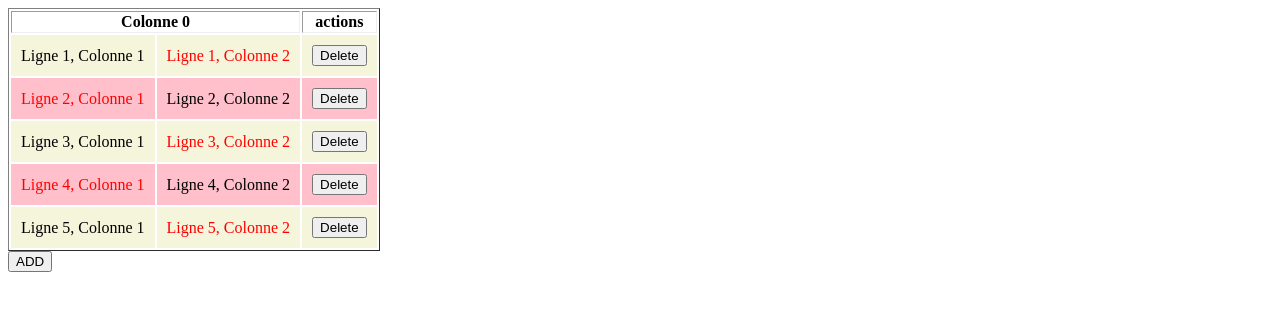
Repository: Chaimaa482/web-tp4
Page: ex1.html
These files come from the project's save history. The page is drawn as it stood at one moment and after a run of saves; the edit follows.
The browser window is 1280 px wide. The pictures show the whole page.

Above is the page before, as saved 2023-10-29 15:13:30.

After the next 2 saves:
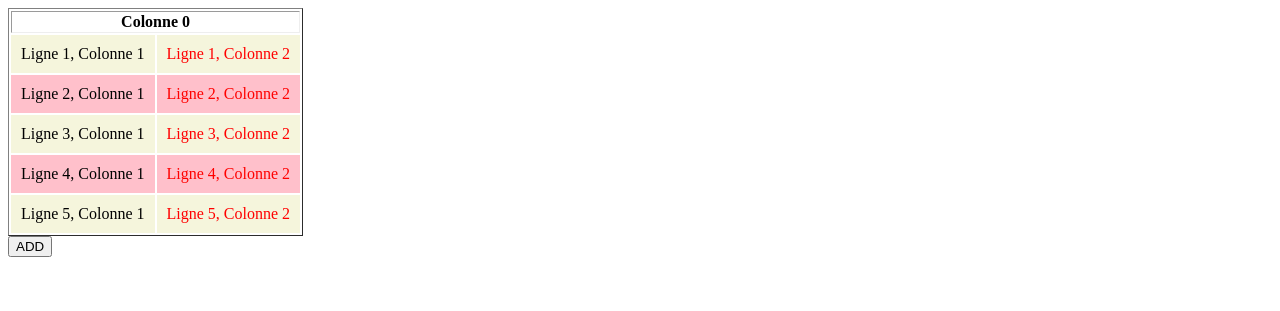
The 2 saves are shown as one change because they came seconds apart.
The last was saved 44 s later.
--- a/ex1.html
+++ b/ex1.html
@@ -7,33 +7,28 @@
         <tr>
             <th>Colonne 0</th>
             <th>Colonne 0</th>
-            <th>actions</th>
         </tr>
         <tr>
             <td>Ligne 1, Colonne 1</td>
             <td>Ligne 1, Colonne 2</td>
-            <td><button>Delete</button></td>
         </tr>
         <tr>
             <td>Ligne 2, Colonne 1</td>
             <td>Ligne 2, Colonne 2</td>
-            <td><button>Delete</button></td>
         </tr>
         <tr>
             <td>Ligne 3, Colonne 1</td>
             <td>Ligne 3, Colonne 2</td>
-            <td><button>Delete</button></td>
         </tr>
         <tr>
             <td>Ligne 4, Colonne 1</td>
             <td>Ligne 4, Colonne 2</td>
-            <td><button>Delete</button></td>
         </tr>
         <tr>
             <td>Ligne 5, Colonne 1</td>
             <td>Ligne 5, Colonne 2</td>
-            <td><button>Delete</button></td>
         </tr>
+
 
 
     </table>
@@ -74,7 +69,7 @@
         }
 
         //making the table cells editable on click
-        for (var i = 0; i < cells.lengath; i++) {
+        for (var i = 0; i < cells.length; i++) {
         cells[i].addEventListener("click", function() {
         var cellText = this.innerText;
         this.innerHTML = "<input type='text' value='" + cellText + "'>";
